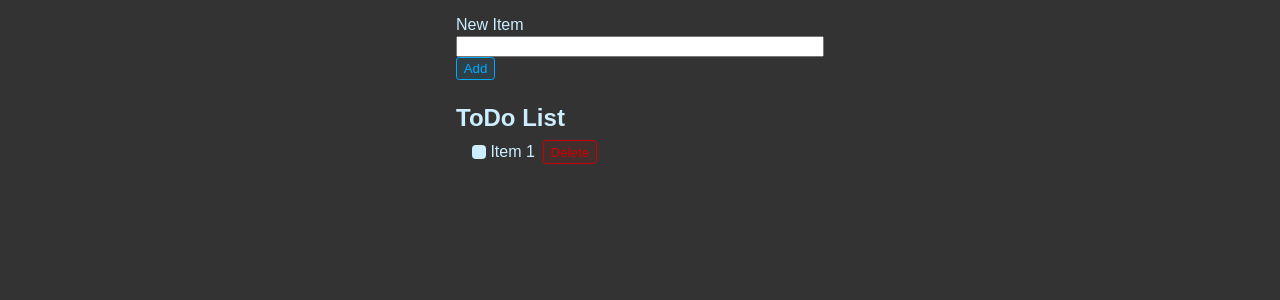
Repository: kemsig/CSFE24
Page: / (app in Week3- Todo/)
The author's editor kept a copy of each file at every save. The page is drawn from the files as they stood at one save, then again after the next save.
The browser window is 1280 px wide. The pictures show the whole page.
The project was rebuilt for these pictures with package versions that can differ from the ones it lists, and the page was loaded fresh each time. Also part of the build but not shown: Week3- Todo/vite.config.js.

Above is the page before, as saved 2024-03-07 22:27:54.

After the next save:
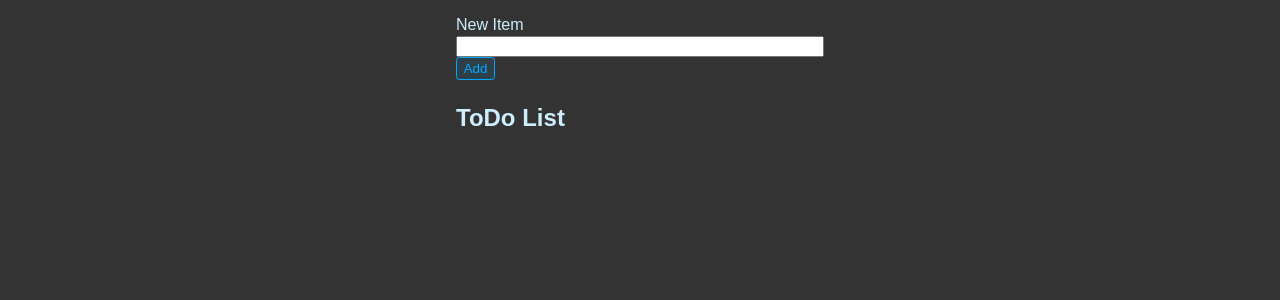
Saved 100 s later.
--- a/Week3- Todo/src/App.jsx
+++ b/Week3- Todo/src/App.jsx
@@ -37,13 +37,18 @@ export default function App(){
 
   <h1 className="header">ToDo List</h1>
   <u1 className="list">
-    <li>
-      <label>
-        <input type="checkbox"/>
-        Item 1
-      </label>
-      <button className="btn btn-danger">Delete</button>
-    </li>
+    {todos.map(todo => {
+      return (
+        <li>
+          <label>
+            <input type="checkbox"/>
+            Item 1
+          </label>
+          <button className="btn btn-danger">Delete</button>
+        </li>
+      )
+    })}
+
   </u1>
   </>
 )
